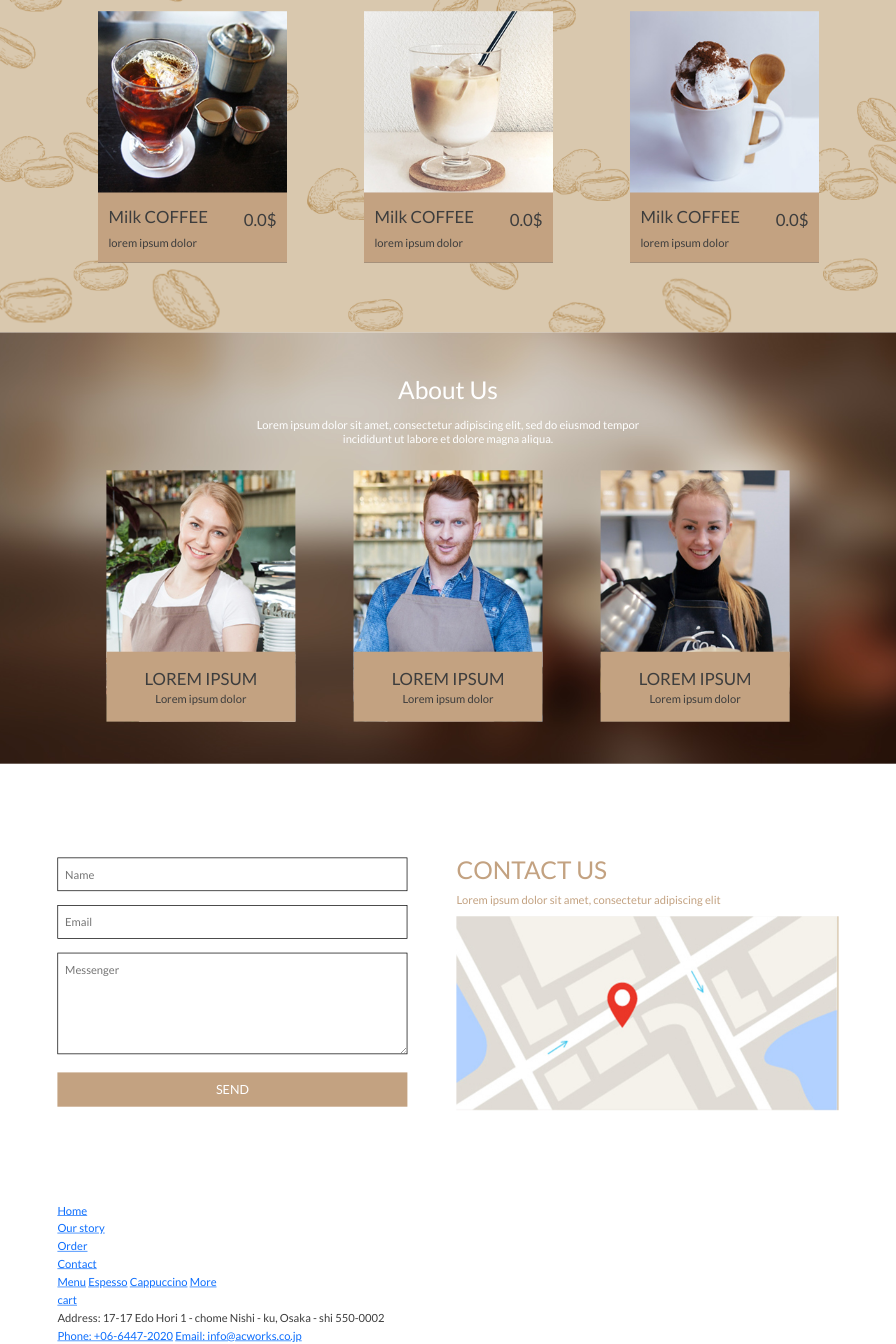
Repository: kuluong2000/coffe
Page: index.html
The author's editor kept a copy of each file at every save. The page is drawn from the files as they stood at one save, then again after the next save.
The browser window is 1280 px wide. The pictures show the part of the page from y = 1880 to 3800 px (the page is 3800 px tall), at 70% of full size.

Above is the page before, as saved 2021-10-06 20:16:01.

### index.html
<!DOCTYPE html>
<html lang="en">
  <head>
    <meta charset="UTF-8" />
    <meta http-equiv="X-UA-Compatible" content="IE=edge" />
    <meta name="viewport" content="width=device-width, initial-scale=1.0" />
    <link rel="stylesheet" href="./libs/css/bootstrap.min.css" />
    <link rel="stylesheet" href="./libs/css/animate.css" />
    <link rel="stylesheet" href="./libs/css/slick-theme.css" />
    <link rel="stylesheet" href="./libs/css/slick.css" />
    <link rel="stylesheet" href="./Assets/css/reset.css" />
    <link rel="stylesheet" href="./Assets/css/style.css" />
    <link rel="stylesheet" href="./Assets/css/responsive.css" />
    <title>Document</title>
  </head>
  <body>
    <header class="header">
      <div class="container">
        <div class="row">
          <div class="header-main">
            <div class="header-menu">
              <a href="#">
                <img src="./Assets/image/logo.png" alt="" srcset="" />
              </a>
            </div>
            <nav>
              <ul class="header-menu">
                <li class="header-menu-item"><a href="#" class="header-menu-link">Home</a></li>
                <li class="header-menu-item"><a href="#" class="header-menu-link">Our Story</a></li>
                <li class="header-menu-item"><a href="#" class="header-menu-link">Menu</a></li>
                <li class="header-menu-item"><a href="#" class="header-menu-link">Order</a></li>
                <li class="header-menu-item"><a href="#" class="header-menu-link">About Us</a></li>
                <li class="header-menu-item"><a href="#" class="header-menu-link">Contact</a></li>
                <li class="header-menu-item"><a href="#" class="header-menu-link">Cart</a></li>
              </ul>
            </nav>
          </div>
        </div>
      </div>
    </header>
    <main>
      <section class="banner">
        <div class="banner-img">
          <img src="./Assets/image/banner.jpg" alt="" srcset="" />
        </div>
        <div class="container">
          <div class="row">
            <div class="banner-main">
              <div class="banner-content">
                <h1 class="banner-heading">HELLO COFFEE</h1>
                <p class="banner-desc">Lorem ipsum dolor sit amet, consectetur adipiscing elit, sed do eiusmod tempor incididunt ut labore et...</p>
                <a href="#" class="btn"> Read More </a>
              </div>
            </div>
          </div>
        </div>
      </section>
      <section class="story">
        <div class="container">
          <div class="row">
            <div class="story-main">
              <div class="story-media">
                <div class="story-image">
                  <img src="./Assets/image/story.jpg" alt="" />
                </div>
              </div>
              <div class="story-info">
                <div class="story-title">Our Story</div>
                <p class="story-desc">
                  Lorem ipsum dolor sit amet, consectetur adipiscing elit, sed do eiusmod tempor incididunt ut labore et dolore magna aliqua.
                  <br />
                  Ut enim ad minim veniam, quis nostrud exercitation ullamco laboris nisi ut aliquip ex ea commodo consequat.
                </p>
                <a href="#" class="btn">Read More</a>
              </div>
            </div>
          </div>
        </div>
      </section>
      <section class="menu">
        <div class="container">
          <div class="row">
            <div class="menu-main">
              <div class="box">
                <h2 class="title menu-box-title">Menu</h2>
                <p class="desc menu-box-desc">Lorem ipsum dolor sit amet, consectetur adipiscing elit, sed do eiusmod tempor incididunt ut labore et dolore magna aliqua.</p>
              </div>
              <div class="menu-list">
                <div class="menu-item">
                  <div class="menu-item-image">
                    <img src="./Assets/image/menu_img1.jpg" alt="" />
                  </div>
                  <div class="menu-item-info">
                    <div class="menu-item-content">
                      <h2 class="menu-item-name">Milk COFFEE</h2>
                      <p class="menu-item-desc">lorem ipsum dolor</p>
                    </div>
                    <p class="menu-item-price">0.0$</p>
                  </div>
                </div>
                <div class="menu-item">
                  <div class="menu-item-image">
                    <img src="./Assets/image/menu_img2.jpg" alt="" />
                  </div>
                  <div class="menu-item-info">
                    <div class="menu-item-content">
                      <h2 class="menu-item-name">Milk COFFEE</h2>
                      <p class="menu-item-desc">lorem ipsum dolor</p>
                    </div>
                    <p class="menu-item-price">0.0$</p>
                  </div>
                </div>
                <div class="menu-item">
                  <div class="menu-item-image">
                    <img src="./Assets/image/menu_img3.jpg" alt="" />
                  </div>
                  <div class="menu-item-info">
                    <div class="menu-item-content">
                      <h2 class="menu-item-name">Milk COFFEE</h2>
                      <p class="menu-item-desc">lorem ipsum dolor</p>
                    </div>
                    <p class="menu-item-price">0.0$</p>
                  </div>
                </div>
                <div class="menu-item">
                  <div class="menu-item-image">
                    <img src="./Assets/image/menu_img4.jpg" alt="" />
                  </div>
                  <div class="menu-item-info">
                    <div class="menu-item-content">
                      <h2 class="menu-item-name">Milk COFFEE</h2>
                      <p class="menu-item-desc">lorem ipsum dolor</p>
                    </div>
                    <p class="menu-item-price">0.0$</p>
                  </div>
                </div>
                <div class="menu-item">
                  <div class="menu-item-image">
                    <img src="./Assets/image/menu_img5.jpg" alt="" />
                  </div>
                  <div class="menu-item-info">
                    <div class="menu-item-content">
                      <h2 class="menu-item-name">Milk COFFEE</h2>
                      <p class="menu-item-desc">lorem ipsum dolor</p>
                    </div>
                    <p class="menu-item-price">0.0$</p>
                  </div>
                </div>
                <div class="menu-item">
                  <div class="menu-item-image">
                    <img src="./Assets/image/menu_img6.jpg" alt="" />
                  </div>
                  <div class="menu-item-info">
                    <div class="menu-item-content">
                      <h2 class="menu-item-name">Milk COFFEE</h2>
                      <p class="menu-item-desc">lorem ipsum dolor</p>
                    </div>
                    <p class="menu-item-price">0.0$</p>
                  </div>
                </div>
              </div>
            </div>
          </div>
        </div>
      </section>
      <section class="about">
        <div class="container">
          <div class="row">
            <div class="about-main">
              <div class="box">
                <h2 class="title">About Us</h2>
                <p class="desc">Lorem ipsum dolor sit amet, consectetur adipiscing elit, sed do eiusmod tempor incididunt ut labore et dolore magna aliqua.</p>
              </div>
              <div class="about-list">
                <div class="about-item">
                  <div class="about-avatar">
                    <img src="/Assets/image/about_img1.jpg" alt="" />
                  </div>
                  <div class="about-info">
                    <h2 class="about-name">Lorem Ipsum</h2>
                    <p class="about-position">Lorem ipsum dolor</p>
                    <a href="#" class="btn about-btn">Read More</a>
                  </div>
                </div>
                <div class="about-item">
                  <div class="about-avatar">
                    <img src="/Assets/image/about_img2.jpg" alt="" />
                  </div>
                  <div class="about-info">
                    <h2 class="about-name">Lorem Ipsum</h2>
                    <p class="about-position">Lorem ipsum dolor</p>
                    <a href="#" class="btn about-btn">Read More</a>
                  </div>
                </div>
                <div class="about-item">
                  <div class="about-avatar">
                    <img src="/Assets/image/about_img3.jpg" alt="" />
                  </div>
                  <div class="about-info">
                    <h2 class="about-name">Lorem Ipsum</h2>
                    <p class="about-position">Lorem ipsum dolor</p>
                    <a href="#" class="btn about-btn">Read More</a>
                  </div>
                </div>
              </div>
            </div>
          </div>
        </div>
      </section>
      <section class="contact">
        <div class="container">
          <div class="row">
            <div class="contact-main">
              <div class="contact-form">
                <form action="">
                  <input type="text" placeholder="Name" />
                  <input type="email" name="" id="" placeholder="Email" />
                  <textarea name="" id="" cols="30" rows="10" placeholder="Messenger"></textarea>
                  <a href="#" class="btn form-btn">Send</a>
                </form>
              </div>
              <div class="contact-map">
                <h2 class="contact-name">Contact Us</h2>
                <p class="contact-desc">Lorem ipsum dolor sit amet, consectetur adipiscing elit</p>
                <img src="./Assets/image/contact_img.jpg" alt="" />
              </div>
            </div>
          </div>
        </div>
      </section>
    </main>
    <footer class="footer">
      <div class="container">
        <div class="row">
          <div class="footer-top">
            <div class="footer-item">
              <nav>
                <ul class="footer-menu">
                  <li class="footer-item"><a href="#" class="footer-link">Home</a></li>
                  <li class="footer-item"><a href="#" class="footer-link">Our story</a></li>
                  <li class="footer-item"><a href="#" class="footer-link">Order</a></li>
                  <li class="footer-item"><a href="#" class="footer-link">Contact</a></li>
                </ul>
              </nav>
            </div>
            <div class="footer-item">
              <div class="footer-item-menu">
                <a href="#" class="footer-menu-title">Menu</a>
                <a href="#" class="footer-menu-link">Espesso</a>
                <a href="#" class="footer-menu-link">Cappuccino</a>
                <a href="#" class="footer-menu-link">More</a>
              </div>
            </div>
            <div class="footer-item">
              <div class="footer-item-cart">
                <a href="#" class="footer-cart-title">cart</a>
              </div>
            </div>
            <div class="footer-item">
              <div class="footer-item-contact">
                <p class="footer-contact-address">Address: 17-17 Edo Hori 1 - chome Nishi - ku, Osaka - shi 550-0002</p>
                <a href="tel:0664472020" class="footer-contact-phone">Phone: +06-6447-2020</a>
                <a href="mailto:info@acworks.co.jp" class="footer-contact-email">Email: info@acworks.co.jp</a>
              </div>
            </div>
          </div>
          <div class="footer-bottom"></div>
        </div>
      </div>
    </footer>

    <script src="./libs/Js/jquery-3.5.1.slim.min.js"></script>
    <script src="./libs/Js/bootstrap.min.js"></script>
    <script src="./libs/Js/slick.min.js"></script>
    <script src="./libs/Js/wow.js"></script>
  </body>
</html>

### Assets/css/reset.css
html, body, div, span, applet, object, iframe,
h1, h2, h3, h4, h5, h6, p, blockquote, pre,
a, abbr, acronym, address, big, cite, code,
del, dfn, em, img, ins, kbd, q, s, samp,
small, strike, strong, sub, sup, tt, var,
b, u, i, center,
dl, dt, dd, ol, ul, li,
fieldset, form, label, legend,
table, caption, tbody, tfoot, thead, tr, th, td,
article, aside, canvas, details, embed,
figure, figcaption, footer, header, hgroup,
menu, nav, output, ruby, section, summary,
time, mark, audio, video {
	margin: 0;
	padding: 0;
	border: 0;
	font-size: 100%;
	vertical-align: baseline;
}
/* HTML5 display-role reset for older browsers */
article, aside, details, figcaption, figure,
footer, header, hgroup, menu, nav, section {
	display: block;
}
* {
	box-sizing: border-box;
}
body {
	line-height: 1;
  font-family: 'Muli', sans-serif;


  font-style: normal;
  font-weight: normal;
  font-size: 16px;
  line-height: 32px;
}
ol, ul {
	list-style: none;
}
blockquote, q {
	quotes: none;
}
blockquote:before, blockquote:after,
q:before, q:after {
	content: '';
	content: none;
}
table {
	border-collapse: collapse;
	border-spacing: 0;
}

img {
  max-width: 100%;
	vertical-align: bottom;
}
a {
	outline: none;
}

### Assets/css/style.css
@import url('https://fonts.googleapis.com/css2?family=Lato:ital,wght@0,400;0,700;0,900;1,300;1,400;1,700;1,900&display=swap');
*{
    padding: 0;
    margin: 0;
    box-sizing: border-box;
}
body{
    font-family: 'Lato', sans-serif;
    font-size: 16px;
    line-height: 1.6;
    color: #3d3d3d;
    font-weight: 400;
}

.header{
    position: absolute;
    width: 100%;
    background-color: rgba(0,0,0 , 0.5);
    padding: 20px 0 20px;
    z-index: 99;
}
.header-main{
    display:flex;
    justify-content: space-between;
    align-items: center;
}
.header-menu{
    display:flex;
    justify-content: space-between;
    align-items: center;
}
.header-menu-item{
    list-style-type: none;
}
.header-menu-item:not(:first-child){
    margin-left: 25px;
}
.header-menu-link{
    position: relative;
    color: white;
    text-transform: uppercase;
    text-decoration: none;
    font-size: 12px;
    padding-bottom: 7px;

}
.header-menu-link::before{
    content: '';
    position: absolute;
    bottom: 0;
    left:  0;
    height: 2px;
    width: 100%;
    background-color: #c3a281;
    transform: scale(0);
    transition: 0.5s;
}
.header-menu-link:hover{
    color: #c3a281;
}
.header-menu-link:hover::before{
    transform: scale(1);
}
.banner{
    position: relative;
    min-height: 660px;

}
.banner-img{
    position: relative;
    z-index: -1;
    object-fit: cover;
    width: 100%;
}
.banner-img img{
    width: 100%;
}

.banner-main{
    position: absolute;
    left: auto;
    top: 50%;
    transform: translateY(-50%);
    color: white;
    width: max-content;

}

.banner-heading{
    font-weight: 400;
    font-size: 48px;
    letter-spacing: 0.5px;
    margin-bottom: 40px;
}
.banner-desc{
    width: 390px;
    margin-bottom: 40px;
}
.btn{
    font-size: 18px;
    color: white;
    font-weight: 400;
    padding: 10px 30px;
    background-color: #c3a281;
    border-radius: 0%;
    text-transform: uppercase;
}
.btn:hover{
    color: white;
}
.story{
    padding-top: 95px;
    min-height: 600px;
}
.story-main{
    display:flex;
    padding: 0 70px;
    align-items: center;
}
.story-media{
    position: relative;
}
.story-icon-play{
    position: absolute;
    top: 50%;
    left: 50%;
    transform:translate(-50%,-50%);
}
.story-image{
    min-width: 600px;
    height: 100%;
    object-fit: cover;
}
.story-image img{
    width: 100%;
    height: 100%;
}
.story-info{
    margin-left: 30px;
}
.story-title{
    font-size: 35px;
    margin-bottom: 20px;
    text-transform: uppercase;
}
.story-desc{
    text-align: justify;
    margin-bottom: 40px;
    line-height: 20px;
}
.menu{

    padding-bottom: 100px;
    background: url(/Assets/image/menu_bg.png) no-repeat center / cover;
}
.menu-main{
    padding: 0;
}
.box{
    padding-top: 60px;
    margin: 0 auto;
    width: 100%;
    max-width: 570px;
    text-align: center  ;
}
.title{
    font-size: 35px;
    margin-bottom: 20px;
    color: white;
}
.desc{
    line-height: 20px;
    color: white;
    margin-bottom: 35px;
}
.menu-list{
    display: grid;
    grid-template-columns: repeat(3,1fr);
    grid-gap: 80px 110px;
    /* display: flex;
    flex-wrap: wrap; */
    padding: 0 70px;



}

.menu-item{
    /* width: calc((100% ) /3); */
    width: 270px;
    position: relative;

}
.menu-item:hover .menu-item-info{
    height: 130px;
    background-color: #3d3d3d;
    color: #c3a281;
}
.menu-item:hover .menu-item-price{
    display: none;
}
.menu-item:hover .menu-item-name{
    border-bottom: 2px solid #c3a281;
}
.menu-item-info{
    display: flex;
    justify-content: space-between;
    background-color: #c3a281;
    padding: 20px 15px;
    width: 270px;
    height: 100px;
    position: absolute;
    bottom: 0;
    left: 0;
    transition: all 0.5s ease;
}

.menu-item-name{
    font-size: 24px;
    margin-bottom: 10px;
}
.menu-item-price{
    font-size: 24px;
}
.about{
    padding-bottom: 60px;
    background: url(/Assets/image/about_bg.jpg) no-repeat center /  cover;
    min-height: 600px;
}
.about-list{
    padding: 0 70px;
    display:flex;
    justify-content: space-between;
    align-items: center;
}
.about-item{
    position: relative;
    width: 270px;
}
.about-avatar{
    max-width: 270px;
    height: 100%;
}
.about-avatar img{
    max-width: 100%;
}
.about-info{
    padding: 25px 0;
    text-align: center;
    width: 270px;
    height: 100px;
    position: absolute;
    bottom: 0;
    left: 0;
    background-color: #c3a281;
    transition: 0.5s;
}
.about-name{
    font-size: 24px;
    text-transform: uppercase;

}
.about-position{
    transition: 0.5s;
}
.about-btn{
    opacity: 0;
    visibility: hidden;
    width: max-content;
    margin: 0 auto;
}

.about-item:hover .about-info{
    height: 125px;
    background-color: #3d3d3d;
    color: #c3a281;
}

.about-item:hover .about-btn{
    margin-top: 5px;
    opacity: 1;
    visibility:visible;

}
.about-item:hover .about-position{
    display: none;
}
.contact{
    padding: 130px 0;
    min-height: 600px;
}
.contact-main{
    display:flex;
    justify-content: space-between;
}
.contact-form{
    width: 100%;
    max-width: 500px;
    margin-right: 70px;
    display:flex;
    justify-content: space-around;
    align-items: center;


}
.contact-form input,
.contact-form textarea{
    width: 100%;
    border: 1px solid black;
    margin-bottom: 20px;
    padding:  10px;
    outline: none;

}
.contact-form textarea{
    height: 145px;
}
.form-btn{
    width: 100%;
}
.contact-name{
    font-size: 35px;
    color: #c3a281;
    margin-bottom: 10px;
    text-transform: uppercase;
}
.contact-desc{
    color: #c3a281;
    margin-bottom: 10px;
}
.contact-map img{
    width: 600px;
    height: 277px;
}

### Assets/css/responsive.css
@media (min-width:1400px){
    .container{
        max-width: 1170px;
    }
}

Loaded but not shown: libs/css/bootstrap.min.css (library); libs/css/animate.css (library); libs/css/slick-theme.css (library); libs/css/slick.css (common file); libs/Js/jquery-3.5.1.slim.min.js (library); libs/Js/bootstrap.min.js (library); libs/Js/slick.min.js (library); libs/Js/wow.js (library)

After the next save:
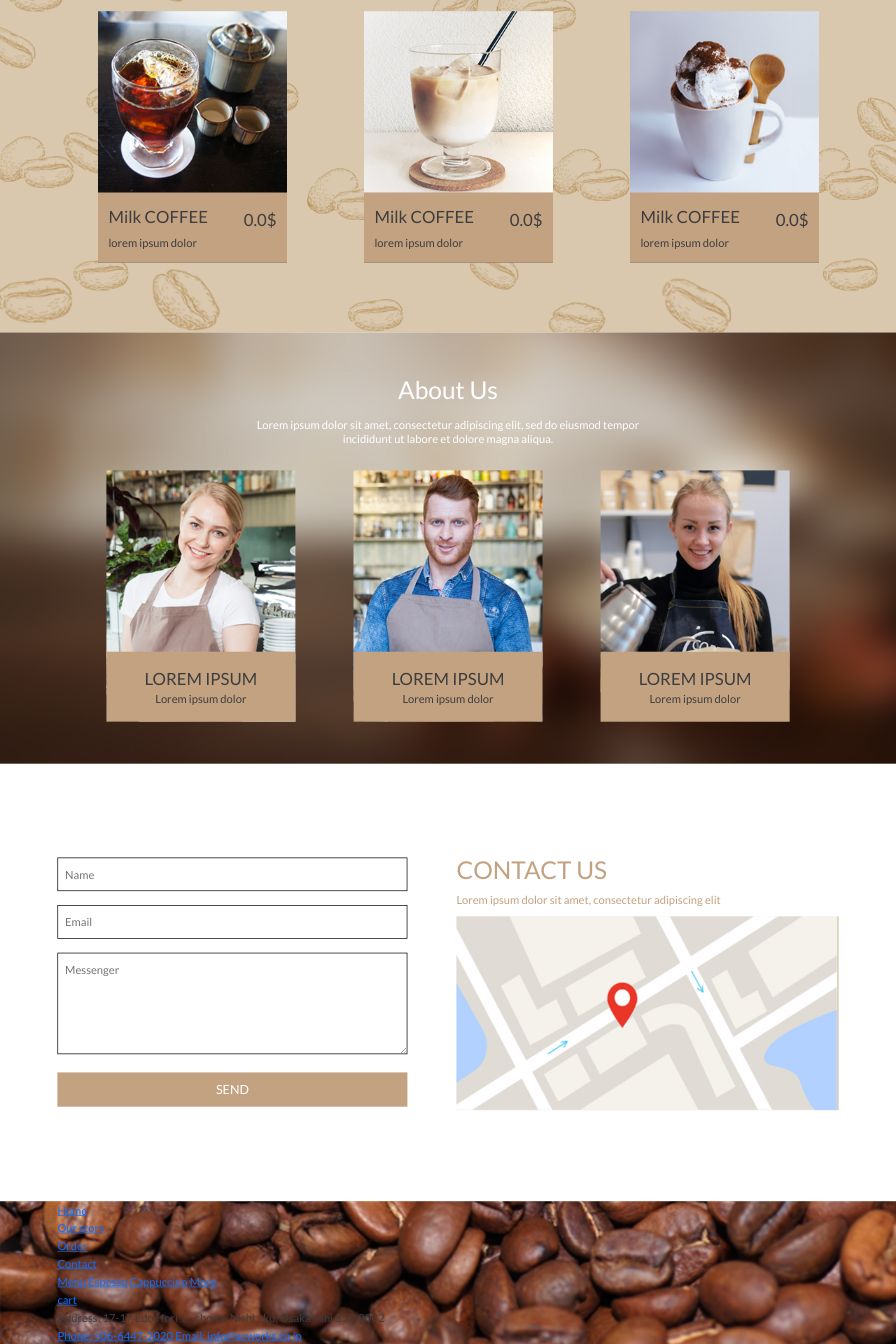
Saved 2 min 11 s later.
--- a/Assets/css/style.css
+++ b/Assets/css/style.css
@@ -332,3 +332,7 @@ body{
     width: 600px;
     height: 277px;
 }
+.footer{
+    min-width: 300px;
+    background: url(/Assets/image/footer_bg.jpg) no-repeat center /  cover;
+}
